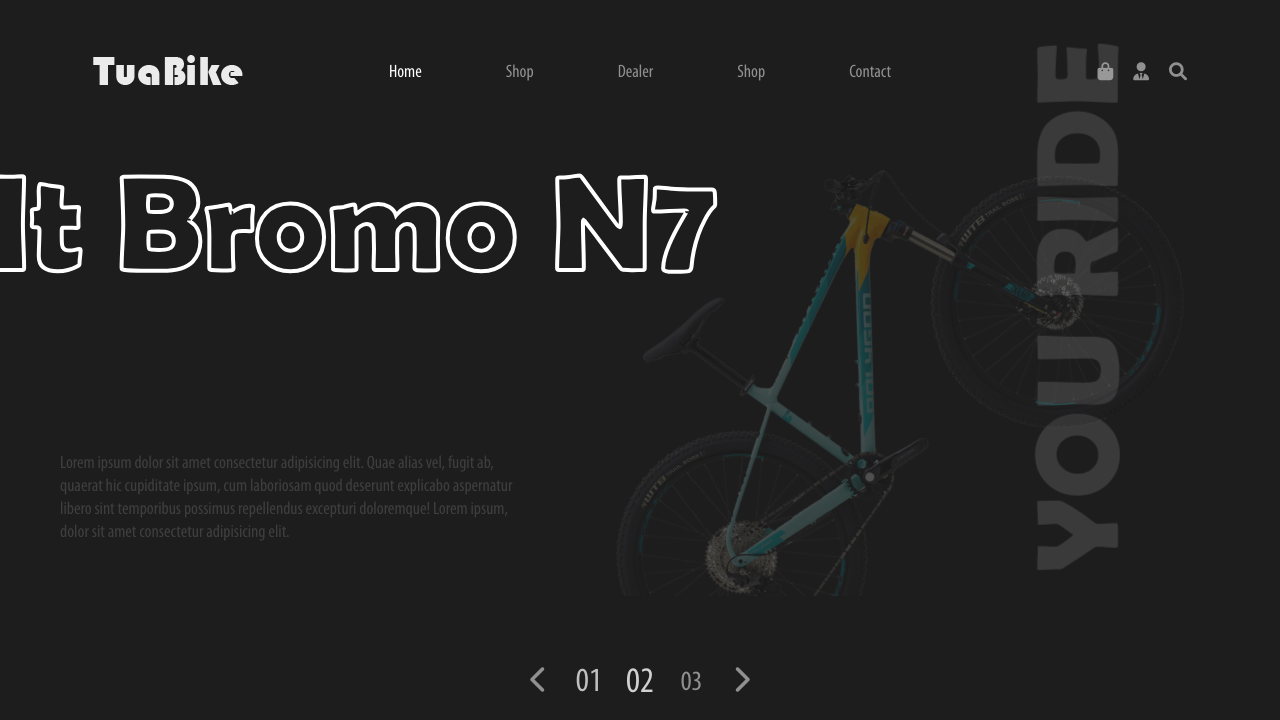
Repository: phamhuuloc/TourBike
Page: index.html
These files come from the project's save history. The page is drawn as it stood at one moment and after the next save; the edit follows.
The browser window is 1280 px wide. The pictures show the whole page.

Above is the page before, as saved 2021-11-06 09:00:37.

After the next save:
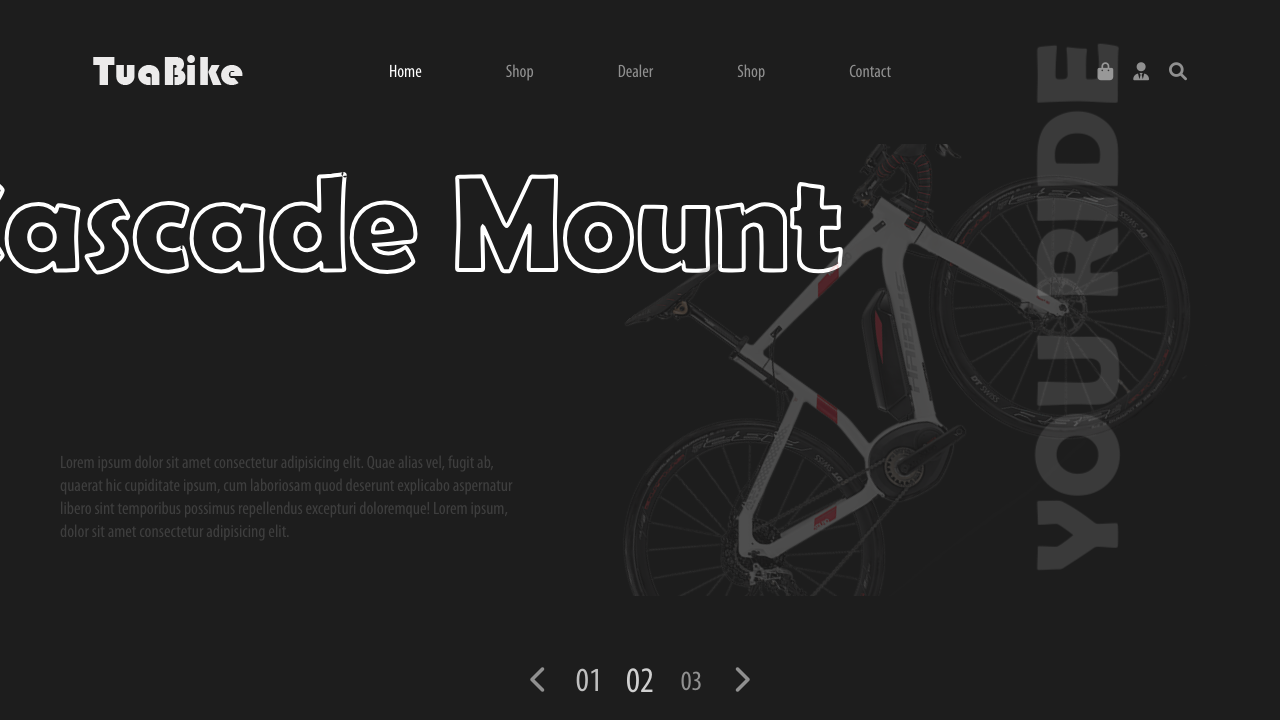
Saved 8 min 20 s later.
--- a/index.html
+++ b/index.html
@@ -74,29 +74,7 @@
           </div>
         </div>
         <!-- slide item -->
-        <div class="slide-item">
-          <!-- heading -->
-          <div class="slide-heading">
-            <!-- title -->
-            <h2 class="slide-title">mt bromo n7</h2>
-            <!-- desc -->
-            <p class="slide-desc">
-              Lorem ipsum dolor sit amet consectetur adipisicing elit. Quae
-              alias vel, fugit ab, quaerat hic cupiditate ipsum, cum laboriosam
-              quod deserunt explicabo aspernatur libero sint temporibus possimus
-              repellendus excepturi doloremque! Lorem ipsum, dolor sit amet
-              consectetur adipisicing elit.
-            </p>
-            <!-- btn -->
-            <div class="slide-btn">
-              <a href="" class="slide-btn-link">By now</a>
-            </div>
-          </div>
-          <!-- img -->
-          <div class="slide-img">
-            <img src="./assets/images/6489548.png" alt="" />
-          </div>
-        </div>
+
         <!-- slide item -->
         <div class="slide-item">
           <!-- heading -->

After the save that followed:
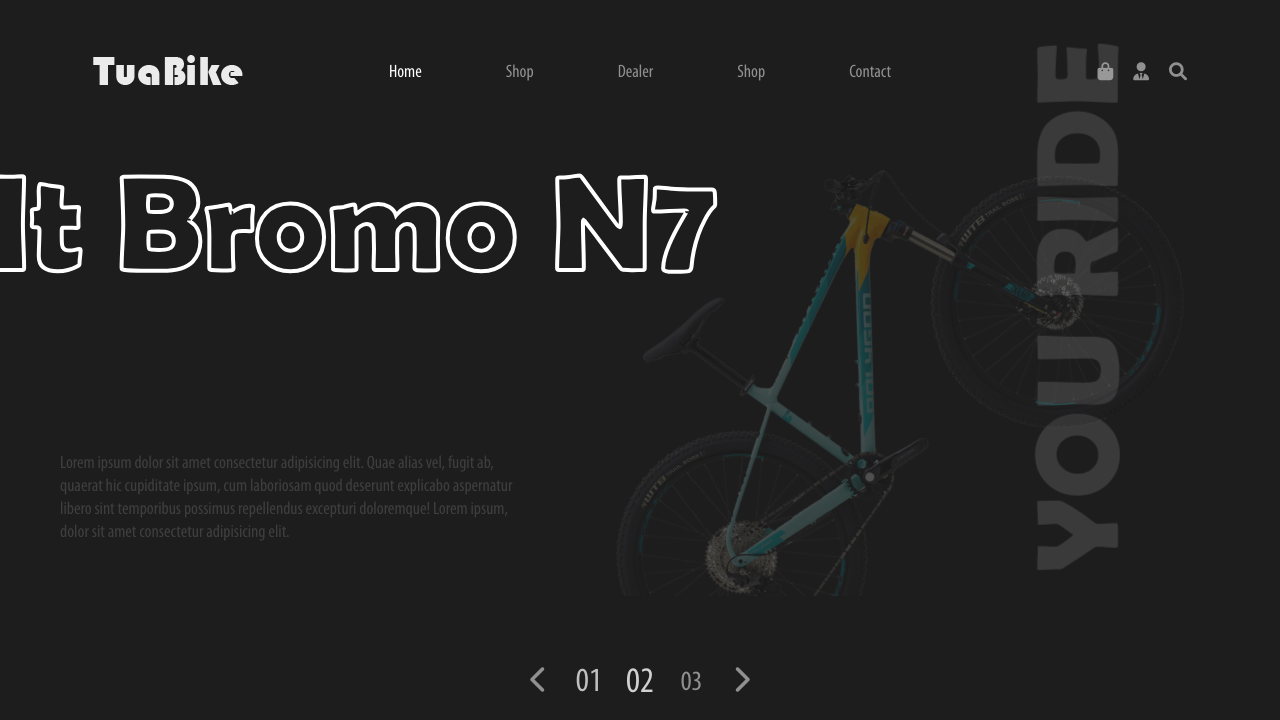
Saved 25 s later.
--- a/index.html
+++ b/index.html
@@ -74,7 +74,29 @@
           </div>
         </div>
         <!-- slide item -->
-
+        <div class="slide-item">
+          <!-- heading -->
+          <div class="slide-heading">
+            <!-- title -->
+            <h2 class="slide-title">mt bromo n7</h2>
+            <!-- desc -->
+            <p class="slide-desc">
+              Lorem ipsum dolor sit amet consectetur adipisicing elit. Quae
+              alias vel, fugit ab, quaerat hic cupiditate ipsum, cum laboriosam
+              quod deserunt explicabo aspernatur libero sint temporibus possimus
+              repellendus excepturi doloremque! Lorem ipsum, dolor sit amet
+              consectetur adipisicing elit.
+            </p>
+            <!-- btn -->
+            <div class="slide-btn">
+              <a href="" class="slide-btn-link">By now</a>
+            </div>
+          </div>
+          <!-- img -->
+          <div class="slide-img">
+            <img src="./assets/images/6489548.png" alt="" />
+          </div>
+        </div>
         <!-- slide item -->
         <div class="slide-item">
           <!-- heading -->
